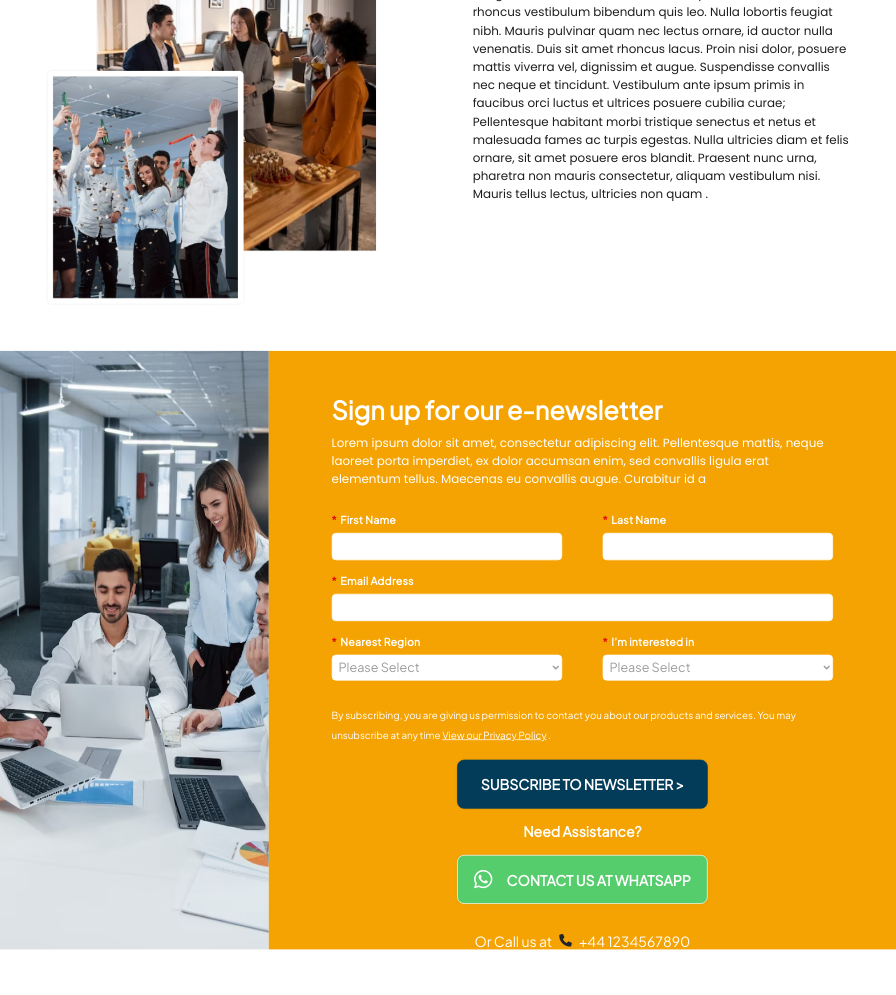
Repository: Akash8377/Hospitality-website
Page: /about-us
The author's editor kept a copy of each file at every save. The page is drawn from the files as they stood at one save, then again after the next save.
The browser window is 1280 px wide. The pictures show the part of the page from y = 1305 to 3225 px (the page is 2726 px tall before and 3225 px after), at 70% of full size.
Some web libraries are served in a nearby version. The project was rebuilt for these pictures with package versions that can differ from the ones it lists, and the page was loaded fresh each time. Also part of the build but not shown: src/Component/Partial/heading-cont.js, src/Component/Shared/about-us.js, src/Component/Shared/Banner.js, src/Component/Shared/popular-jobs.js, src/Component/Sliders/ServiceSlider.js, src/Component/Sliders/ReviewSlider.js, src/Component/Partial/index-banner.js, src/Component/Partial/index-buisness-banner.js and 1 more.

Above is the page before, as saved 2023-07-07 12:27:27.

After the next save:
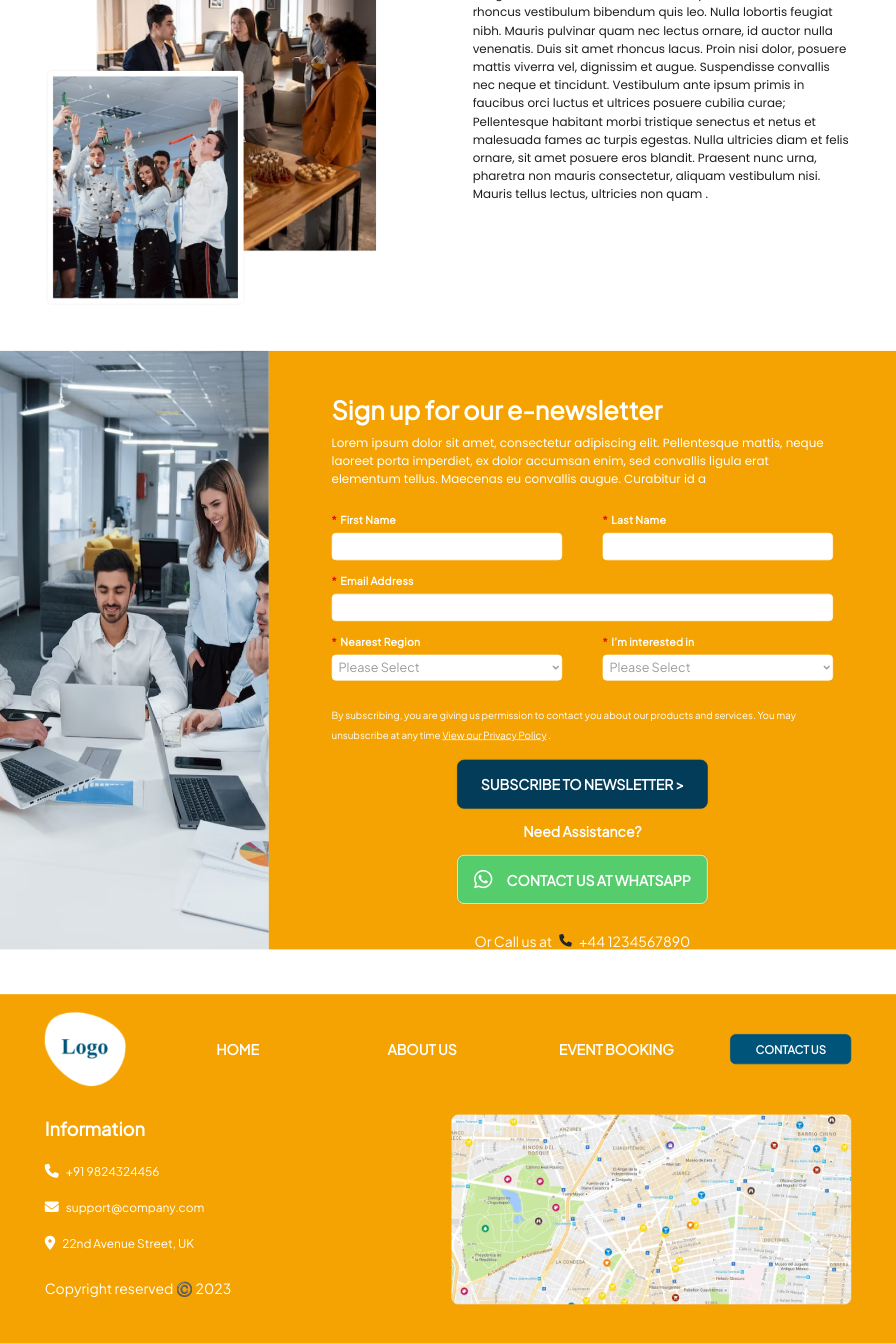
Saved 37 s later.
--- a/src/Pages/AboutUs.js
+++ b/src/Pages/AboutUs.js
@@ -1,6 +1,7 @@
 /** @format */
 
 import React from "react";
+import Footer from "../Component/Footer/Footer";
 import Navbar from "../Component/Navbar/Navbar";
 import Banner from "../Component/Partial/About Us Component/Banner";
 import ContentDescription from "../Component/Partial/About Us Component/content-description";
@@ -16,6 +17,7 @@ const AboutUs = () => {
       <ContentDescription />
       <TwoSection />
       <Newsletter />
+      <Footer />
     </>
   );
 };
